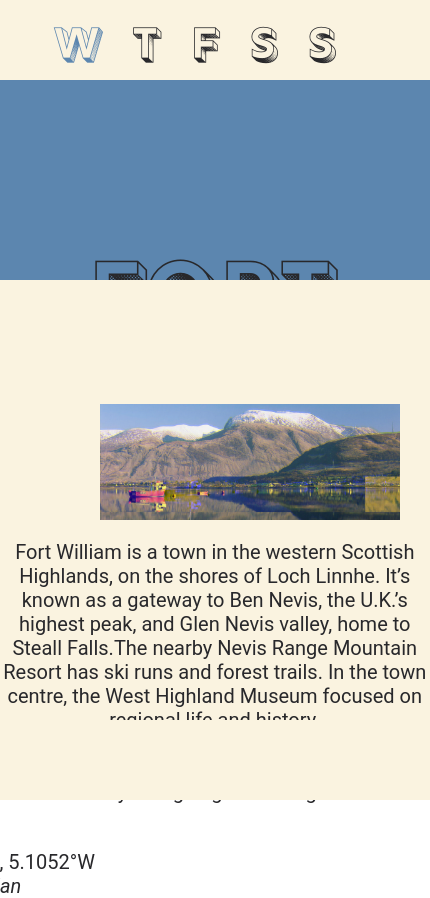
Repository: etak-yram/FINAL-CFG-WEB-DEV
Page: wednesday.html
The author's editor kept a copy of each file at every save. The page is drawn from the files as they stood at one save, then again after the next save.
The browser window is 375 px wide. The page is 430 px wide, so the pictures cover 430 px, including what lies to the right of the window. The pictures show the whole page.

Above is the page before, as saved 2022-07-27 13:36:04.

After the next save:
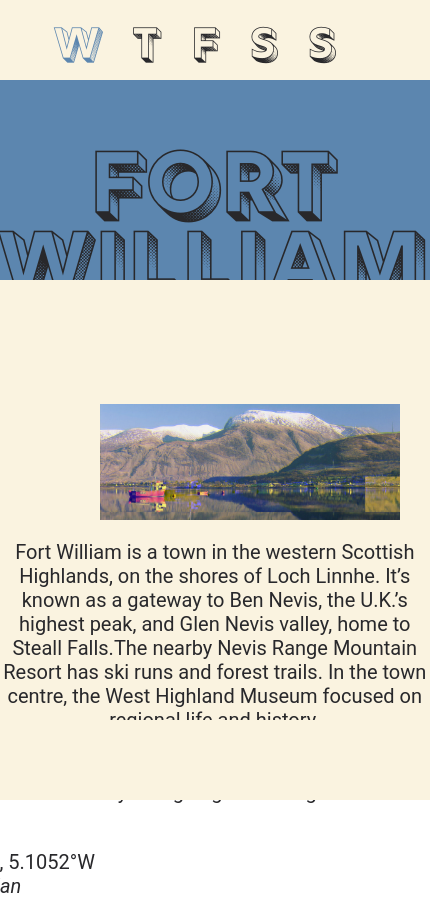
Saved 17 s later.
--- a/style-main.css
+++ b/style-main.css
@@ -220,7 +220,8 @@ footer {
 /* sidebar */
 aside {
   grid-area: sidebar;
-  /* display: flex; */
+  display: flex;
+  align-self: center;
   text-align: center;
 }
 
